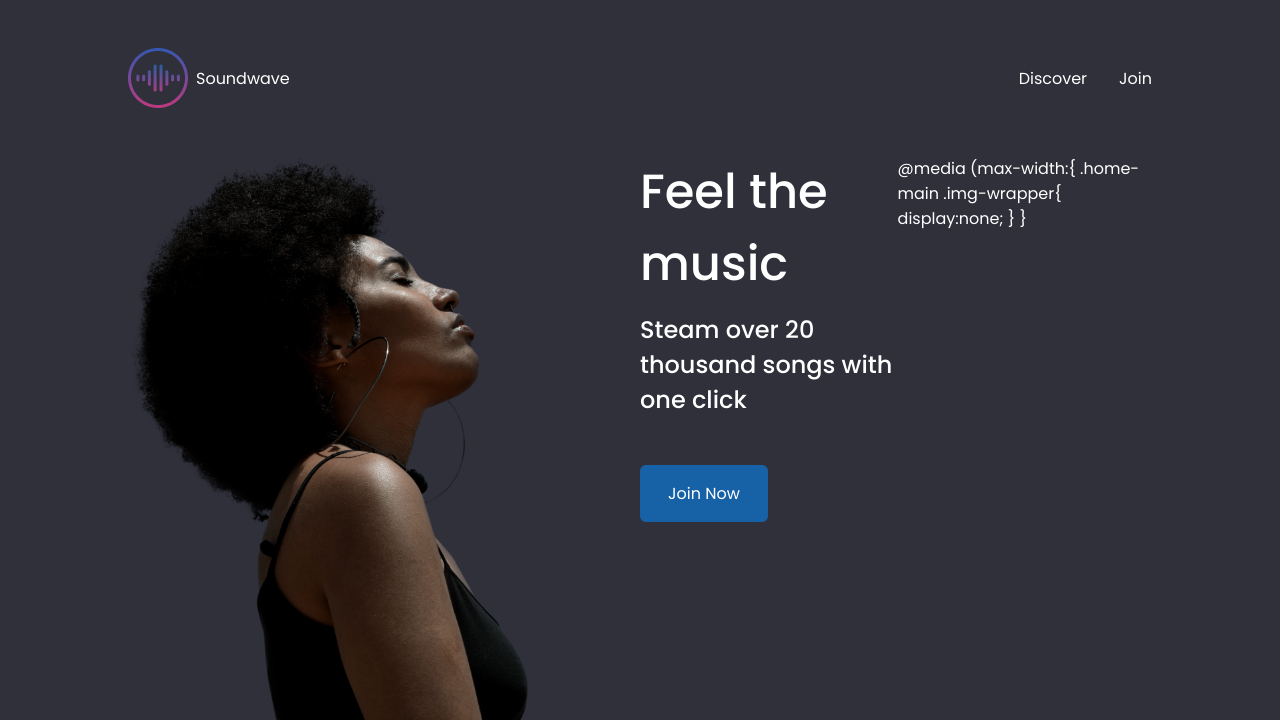
Repository: Hiiiij/soundwave
Page: pages/index.html
An editor plug-in stored every save of this project. The page is shown before and after a run of saves, followed by the edit.
The browser window is 1280 px wide. The pictures show the whole page.

Above is the page before, as saved 2020-06-30 13:36:02.

After the next 2 saves:
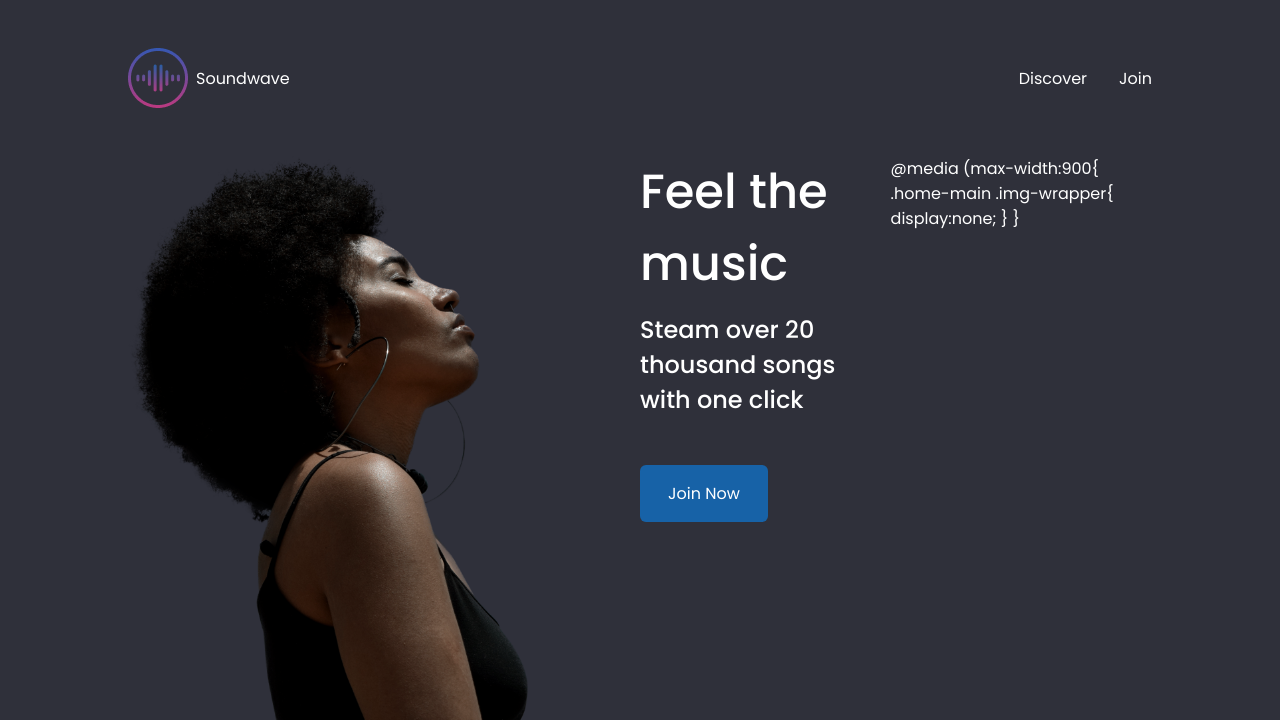
The 2 saves are shown as one change because they came seconds apart.
The last was saved 6 s later.
--- a/pages/index.html
+++ b/pages/index.html
@@ -37,7 +37,7 @@
         <a href="/pages/join.html" class="button-primary">Join Now</a>
       </div>
 
-    @media (max-width:{
+    @media (max-width:900{
       .home-main .img-wrapper{
         display:none;
       }
